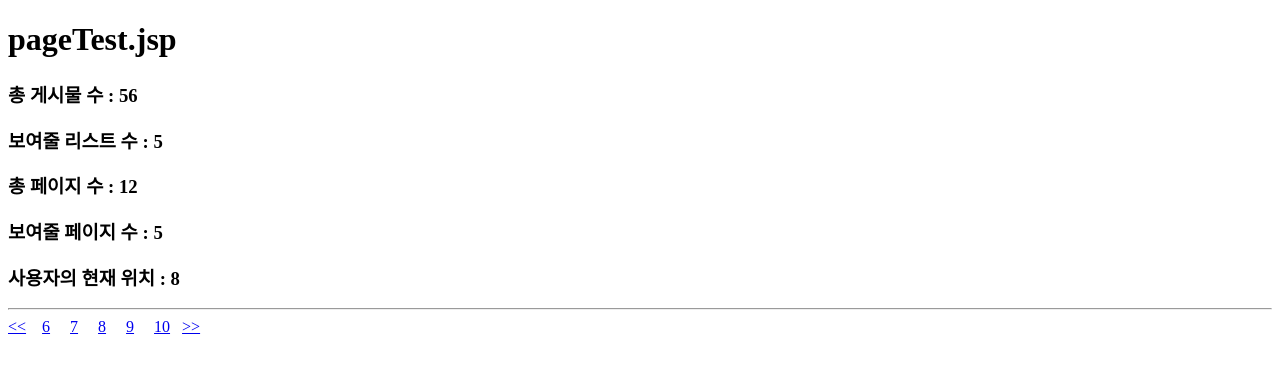
Repository: Rege-97/test
Page: http://localhost/myweb/pageTest.jsp
An editor plug-in stored every save of this project. The page is shown before and after the next save, followed by the edit.
The browser window is 1280 px wide. The pictures show the whole page.
The page is served by Tomcat 9. Other server files are loaded and not shown.

Above is the page before, as saved 2025-03-24 05:19:39.

### myweb/src/main/webapp/pageTest.jsp
<%@ page language="java" contentType="text/html; charset=UTF-8" pageEncoding="UTF-8"%>
<!DOCTYPE html>
<html>
<head>
<meta charset="UTF-8">
<title>Insert title here</title>
</head>
<%
// 총 게시물 수
int totalCnt = 56; // db로부터 조회

//보여줄 리스트 수
int listSize = 5;

//보여줄 페이지 수
int pageSize = 5;

//사용자의 현재 위치
int cp = 8;

// 총 페이지 수
int totalPage = (totalCnt / listSize) + 1;
if (totalCnt % listSize == 0)
	totalPage--;

int userGroup = cp / pageSize;
if (cp % pageSize == 0)
	userGroup--;
%>
<body>
	<h1>pageTest.jsp</h1>
	<h3>총 게시물 수 : <%=totalCnt%></h3>
	<h3>보여줄 리스트 수 : <%=listSize%></h3>
	<h3>총 페이지 수 : <%=totalPage%></h3>
	<h3>보여줄 페이지 수 : <%=pageSize%></h3>
	<h3>사용자의 현재 위치 : <%=cp%></h3>
	<hr>
	<%
	if (userGroup != 0) {
	%>
	<a href="pageTest.jsp?cp=<%=(userGroup - 1) * pageSize + pageSize%>">&lt;&lt;</a>
	<%
	}
	%>
	<%
	for (int i = (userGroup * pageSize + 1); i <= (userGroup * pageSize + pageSize); i++) {
	%>&nbsp;&nbsp;
	<a href="pageTest.jsp?cp=<%=i%>"><%=i%></a>&nbsp;&nbsp;<%
	if (i == totalPage) {
		break;
	}
	}
	%>
	<%
	if (((totalPage / pageSize) - (totalPage % pageSize == 0 ? 1 : 0)) != userGroup) {
	%>
	<a href="pageTest.jsp?cp=<%=(userGroup + 1) * pageSize + 1%>">&gt;&gt;</a>
	<%
	}
	%>
</body>
</html>

After the next save:
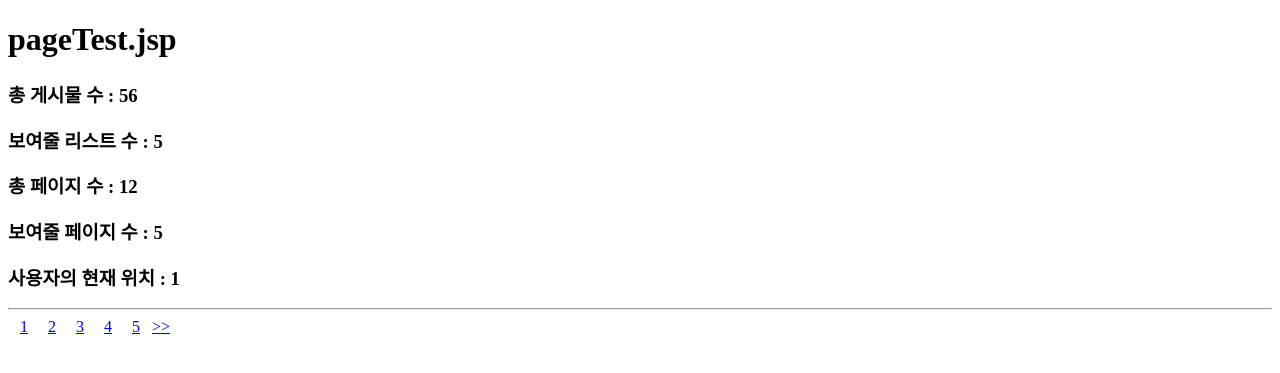
Saved 99 s later.
--- a/myweb/src/main/webapp/pageTest.jsp
+++ b/myweb/src/main/webapp/pageTest.jsp
@@ -16,7 +16,11 @@
 int pageSize = 5;
 
 //사용자의 현재 위치
-int cp = 8;
+String cp_s = request.getParameter("cp");
+if (cp_s == null || cp_s.equals("")) {
+	cp_s = "1";
+}
+int cp = Integer.parseInt(cp_s);
 
 // 총 페이지 수
 int totalPage = (totalCnt / listSize) + 1;
